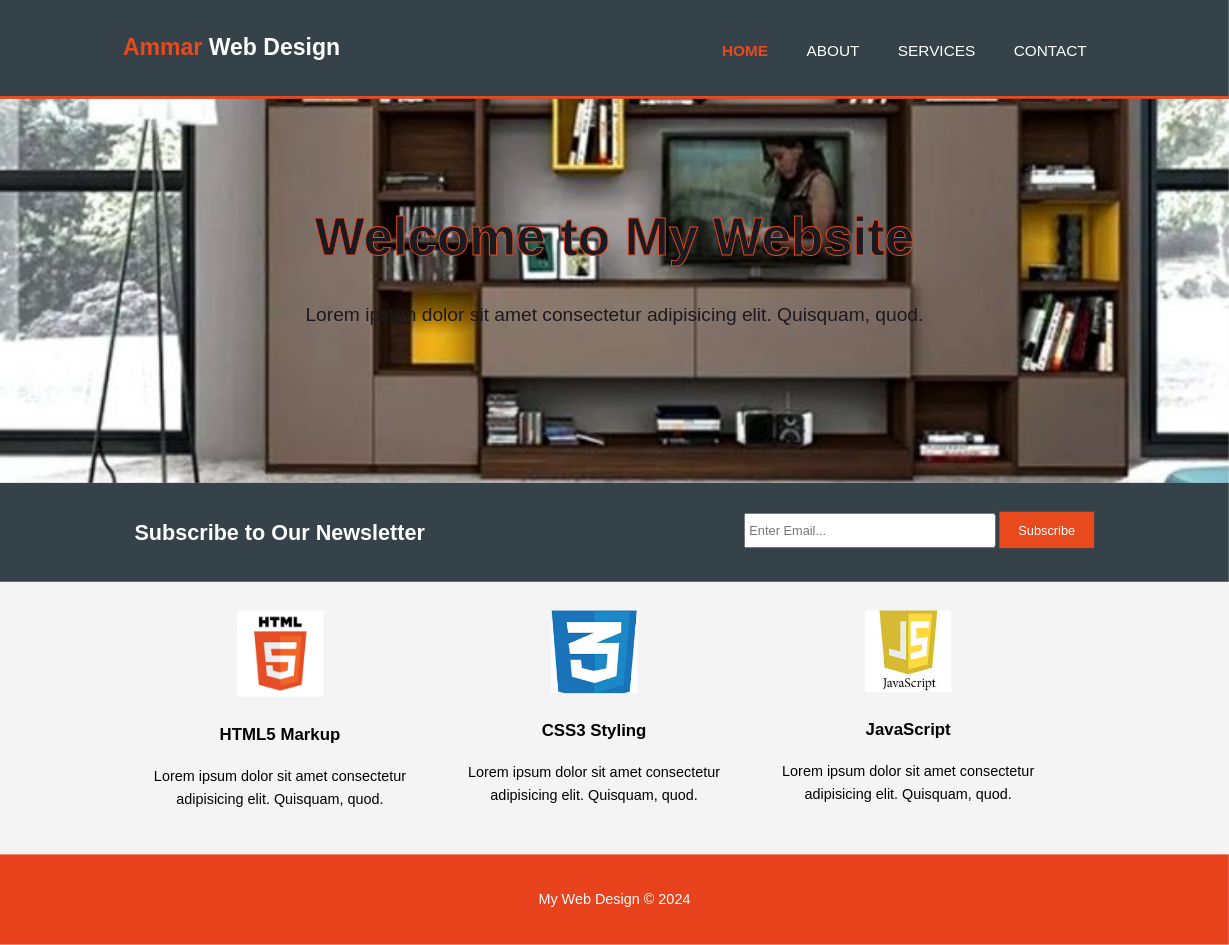
Repository: aobeid1979/html-website
Page: index.html
These files come from the project's save history. The page is drawn as it stood at one moment and after a run of saves; the edit follows.
The browser window is 1280 px wide. The pictures show the whole page, at 96% of full size.

Above is the page before, as saved 2024-05-03 11:57:12.

### index.html
<!DOCTYPE html>
<html lang="en">
<head>
    <meta charset="UTF-8">
    <meta name="viewport" content="width=device-width, initial-scale=1.0">
    <meta name="description" content="Responsive Website using HTML CSS and JavaScript">
    <meta name="keywords" content="HTML, CSS, JavaScript">
    <meta name="author" content="Ammar Obeid">
    <title>Resopnsiv Website</title>
    <link rel="stylesheet" href="./css/style.css">
</head>
<body>
    <header>
        <div class="container">
            <div id="brandinig">
                <h1><span class="highlight">Ammar</span> Web Design</h1>

            </div>
            <nav>
                <ul>
                    <li class="current"><a href="index.html">Home</a></li>
                    <li><a href="about.html">About</a></li>
                    <li><a href="services.html">Services</a></li>
                    <li><a href="contact.html">Contact</a></li>
                </ul>
        </div>

    </header>

    <section id="showcase">
        <div class="container">
            <h1>Welcome to My Website</h1>
            <p>Lorem ipsum dolor sit amet consectetur adipisicing elit. Quisquam, quod.</p>
        </div>
    </section>

    <section id="newsletter">
        <div class="container">
            <h1>Subscribe to Our Newsletter</h1>
            <form>
                <input type="email" placeholder="Enter Email...">
                <button type="submit" class="button_1">Subscribe</button>
            </form>
        </div>
    </section>

    <section id="boxes">
        <div class="container">
            <div class="box">
                <img src="./img/HTML.png" alt="HTML">
                <h3>HTML5 Markup</h3>
                <p>Lorem ipsum dolor sit amet consectetur adipisicing elit. Quisquam, quod.</p>
            </div>
            <div class="box">
                <img src="./img/CSS.png" alt="CSS">
                <h3>CSS3 Styling</h3>
                <p>Lorem ipsum dolor sit amet consectetur adipisicing elit. Quisquam, quod.</p>
            </div>
            <div class="box">
                <img src="./img/JS.png" alt="JavaScript">
                <h3>JavaScript</h3>
                <p>Lorem ipsum dolor sit amet consectetur adipisicing elit. Quisquam, quod.</p>
            </div>
        </div>
    </section>

    <footer>
        <p>My Web Design &copy; 2024</p>
    </footer>

</body>
</html>

### css/style.css
body{
    font: 15px/1.6 Arial, Helvetica,sans-serif;
    padding: 0;
    margin: 0;
    background-color: #f4f4f4;
}

.container{
    width: 80%;
    margin: auto;
    overflow: hidden;
}

header{
    background: #35424a;
    color: #ffffff;
    padding-top: 30px;
    min-height: 70px;
    border-bottom: #e8491d 3px solid;
}

header h1{
    margin: 0;
    padding: 0;
    font-size: 24px;
    font-weight: bold;
}

header a{
    color: #ffffff;
    text-decoration: none;
    text-transform: uppercase;
    font-size: 16px;
}

header ul{
    margin: 0;
    padding: 0;
}

header li{
    float: left;
    display: inline;
    padding: 0 20px 0 20px;
}

header #brandinig{
    float: left;
}

header #brandinig h1{
    margin: 0;
}

header nav{
    float: right;
    margin-top: 10px;
}

header .highlight, header .current a {
    color: #e8491d;
    font-weight: bold;
}

header a:hover{
    color: #cccccc;
    font-weight: bold;
}

#showcase{
    background:url('../img/showcase.jpg') no-repeat center center;
    background-position: center -400;
    background-size: cover;
    min-height: 400px;
    text-align: center;
    color: #1b1a20;
}

#showcase h1{
    margin-top: 100px;
    font-size: 55px;
    margin-bottom: 10px;
    -webkit-text-stroke: 1px #e8491d;
}

#showcase p{
    font-size: 20px;
}

#newsletter{
    padding: 15px;
    color: #ffffff;
    background: #35424a;
    text-align: center;
}

#newsletter h1{
    float: left;
}

#newsletter form{
    float: right;
    margin-top: 15px;
}

#newsletter input[type="email"]{
    padding: 4px;
    height: 25px;
    width: 250px;
}

#newsletter button{
    height: 38px;
    background: #e8491d;
    color: #ffffff;
    border: none;
    padding: 0 20px 0 20px;
}

#newsletter button:hover{
    background: #cccccc;
    color: #1b1a20;
}

#boxes{
    margin-top: 20px;
}

#boxes .box{
    float: left;
    text-align: center;
    width: 30%;
    padding: 10px;
}


#boxes .box img{
    width: 90px;
}

footer{
    background-color: #e8431d;
    color: #ffffff;
    text-align: center;
    padding: 20px;
    margin-top: 20px;
}

After the next 2 saves:
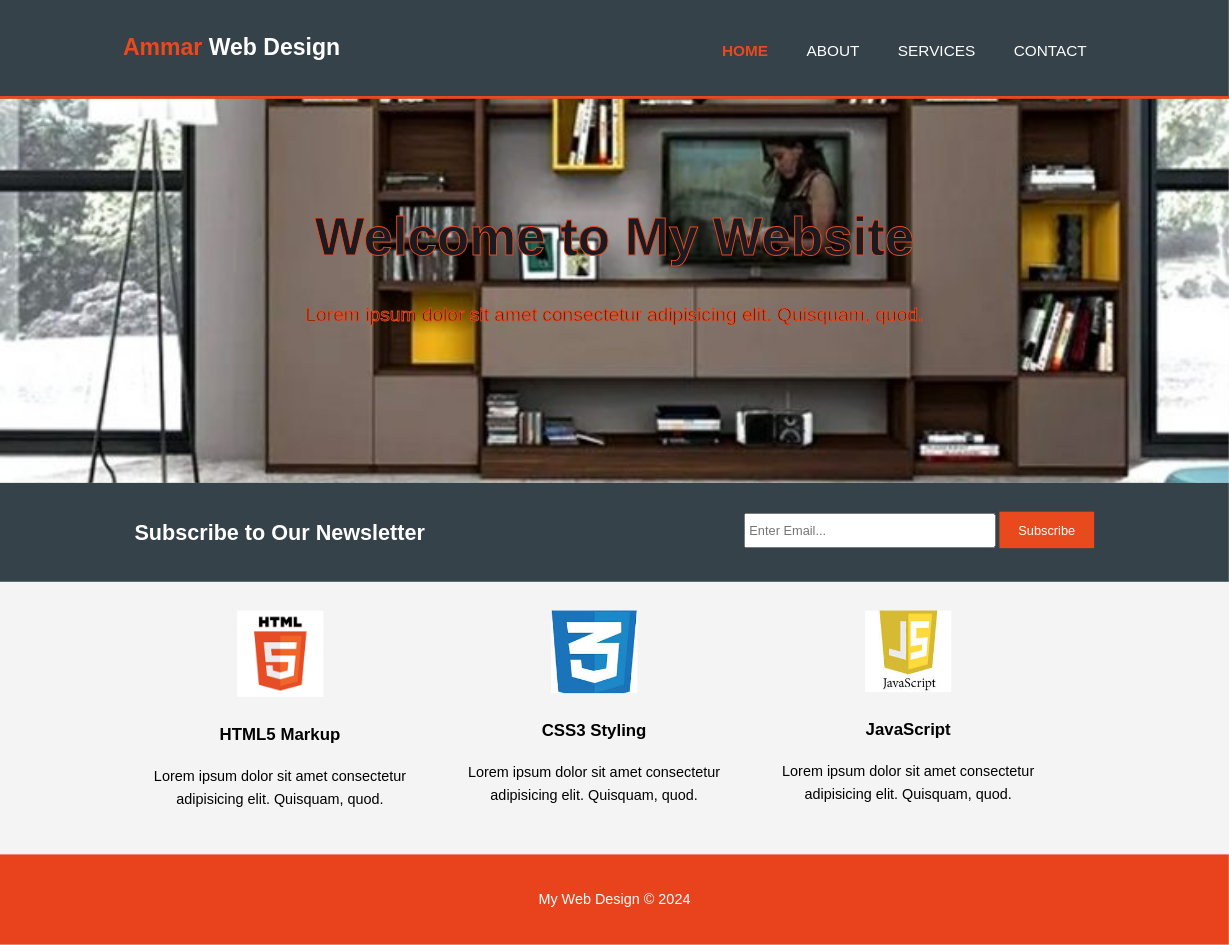
The 2 saves are shown as one change because they came seconds apart.
The last was saved 14 s later.
--- a/css/style.css
+++ b/css/style.css
@@ -85,6 +85,8 @@
 
 #showcase p{
     font-size: 20px;
+    -webkit-text-stroke: 1px #e8491d;
+
 }
 
 #newsletter{

After the save that followed:
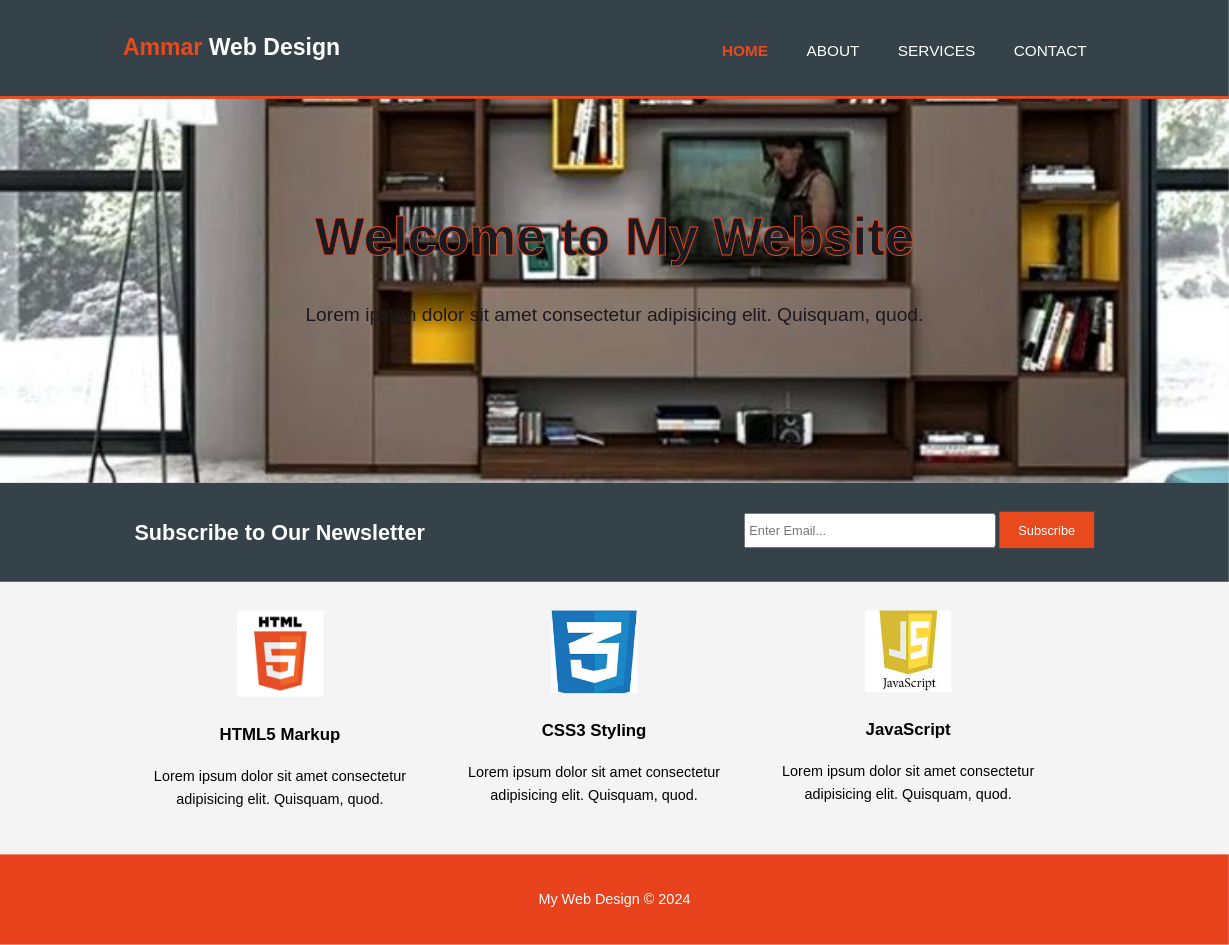
Saved 6 s later.
--- a/css/style.css
+++ b/css/style.css
@@ -85,7 +85,7 @@
 
 #showcase p{
     font-size: 20px;
-    -webkit-text-stroke: 1px #e8491d;
+    -webkit-text-stroke: #e8491d;
 
 }
 
